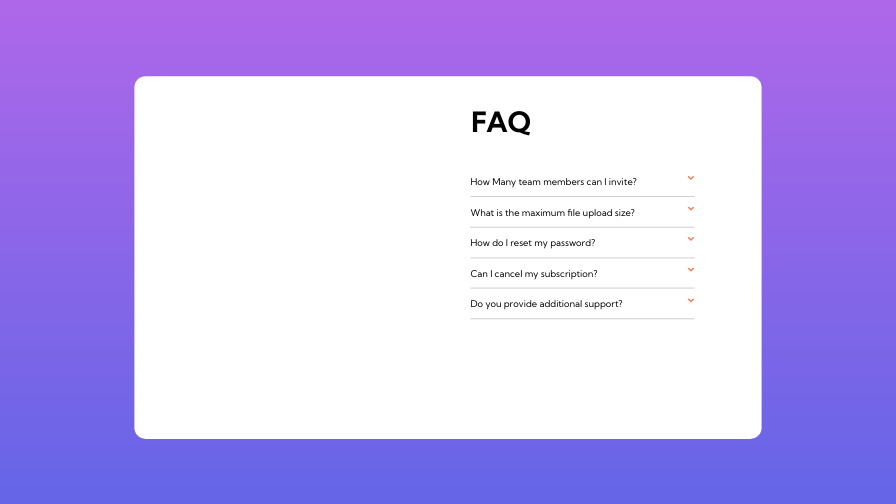
Repository: ryanwilll/ProjetoFAQ
Page: index.html
An editor plug-in stored every save of this project. The page is shown before and after the next save, followed by the edit.
The browser window is 1280 px wide. The pictures show the whole page, at 70% of full size.

Above is the page before, as saved 2022-10-27 20:21:51.

After the next save:
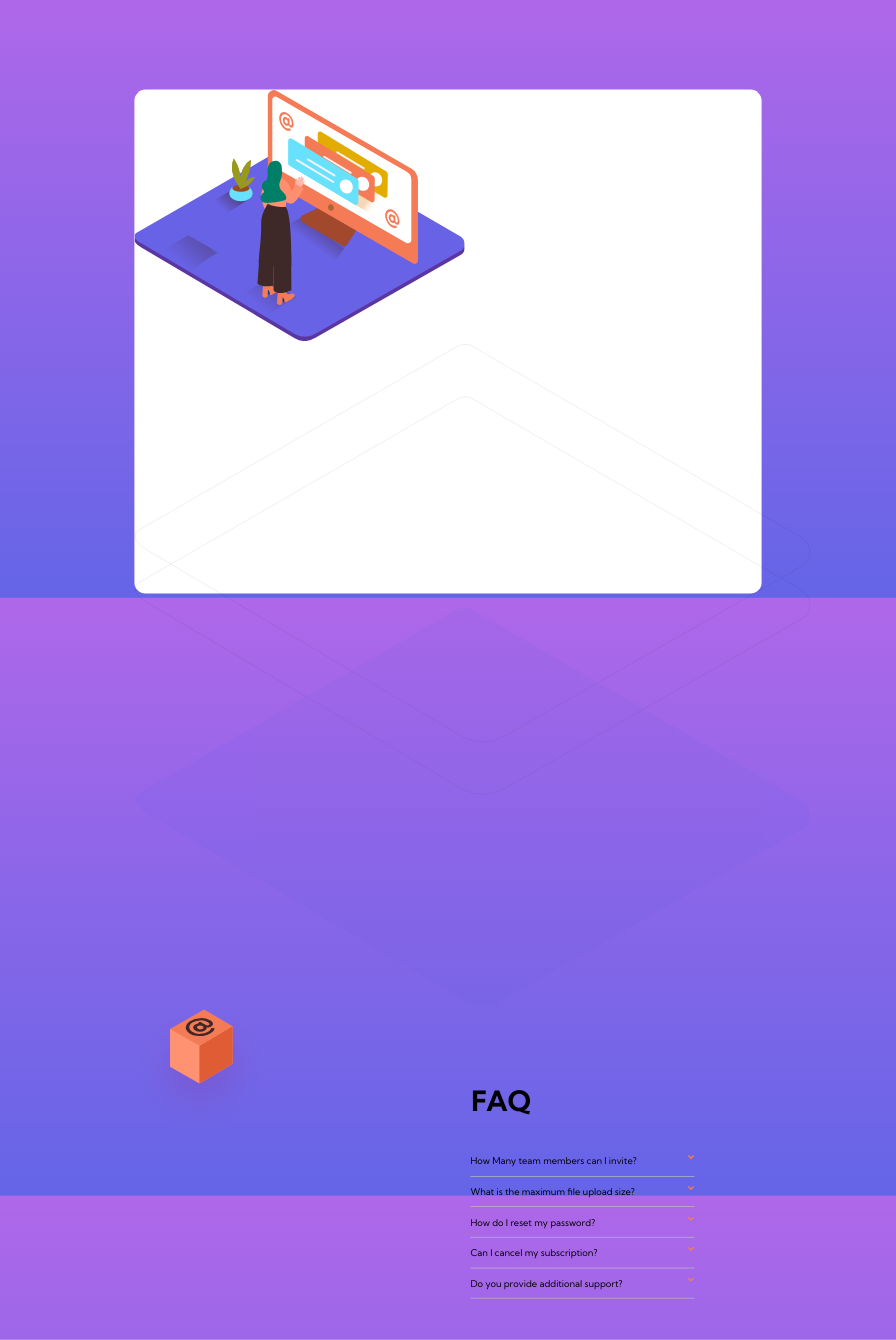
Saved 39 s later.
--- a/css/allmedia.css
+++ b/css/allmedia.css
@@ -161,8 +161,10 @@
   .card-white .faq-menu .text .answer {
     max-width: 25vw;
   }
+  .imgs-desktop {
+    display: block;
+  }
   .imgs-desktop .img-principal-desktop {
-    display: block;
     position: relative;
   }
 }
